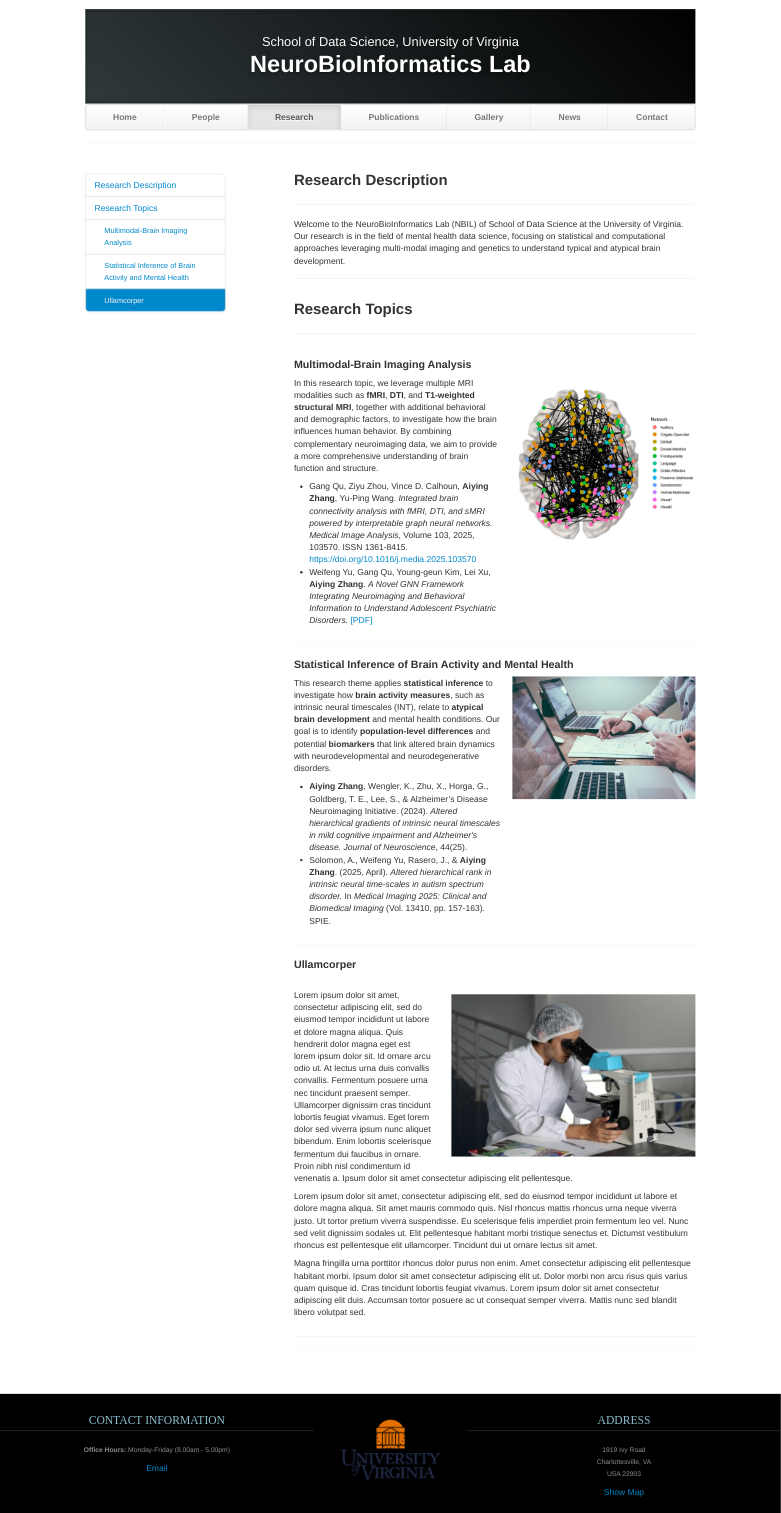
Repository: nbillab/nbillab.io
Page: research.html
An editor plug-in stored every save of this project. The page is shown before and after the next save, followed by the edit.
The browser window is 1280 px wide. The pictures show the whole page, at 61% of full size.

Above is the page before, as saved 2025-08-17 20:33:48.

After the next save:
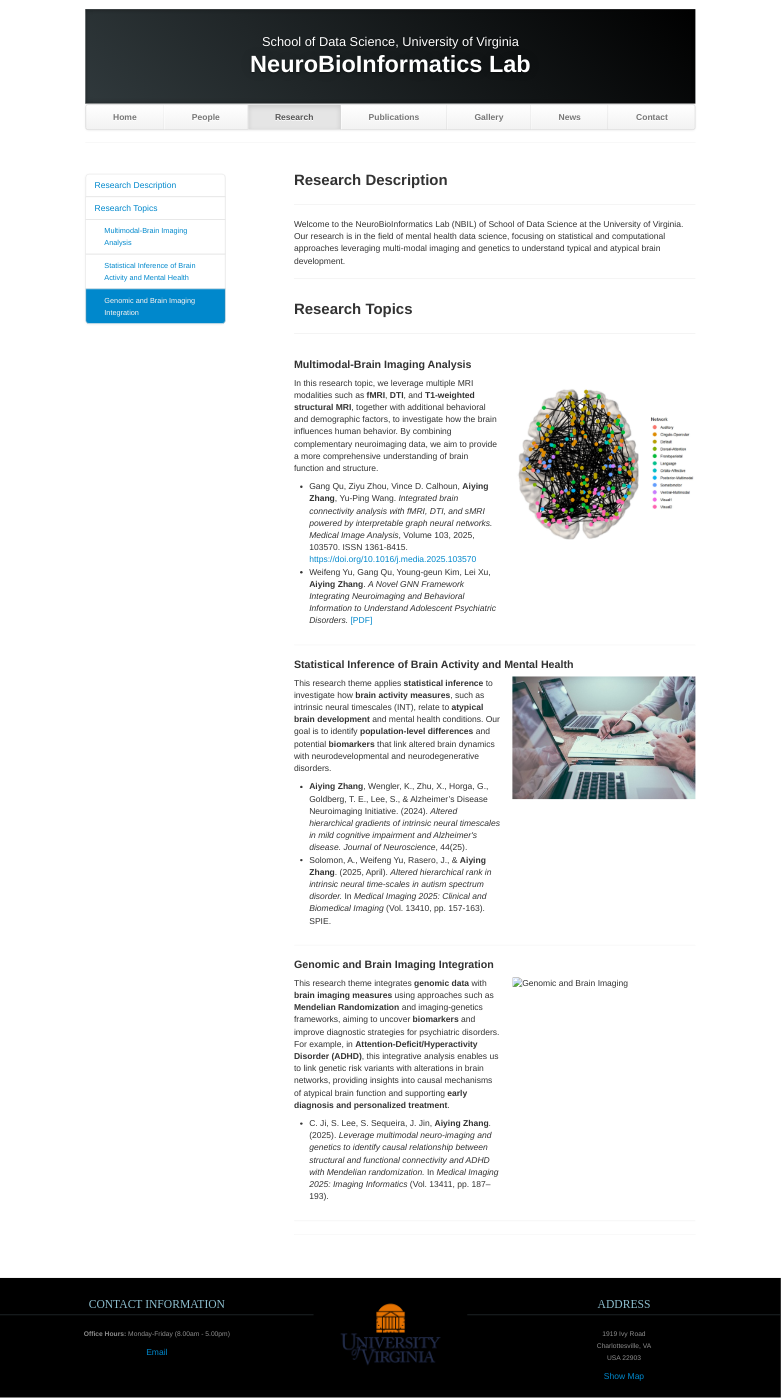
Not found: images/genomic_brain.png
Saved 4 min 45 s later.
--- a/research.html
+++ b/research.html
@@ -42,7 +42,7 @@
                   <li><a href="#nano"> Research Topics </a></li>
                   <li><a class="subhead" href="#Penatibus"> Multimodal-Brain Imaging Analysis </a></li>
                   <li><a class="subhead" href="#QuamIdLeo"> Statistical Inference of Brain Activity and Mental Health  </a></li>
-                  <li><a class="subhead" href="#Ullamcorper"> Ullamcorper </a></li>
+                  <li><a class="subhead" href="#GenomicIntegration"> Genomic and Brain Imaging Integration </a></li>
 
                </ul>
             </div>
@@ -129,43 +129,34 @@
 
 
                         <hr>
-                        <section id="Ullamcorper">
-                           <h4>Ullamcorper</h4>
-                           <br/>
-                           <img src="images/man-with-microscope.jpg" class="float-right" alt="Ullamcorper"/>
-                           <p>
-                              Lorem ipsum dolor sit amet, consectetur adipiscing elit, sed do
-                              eiusmod tempor incididunt ut labore et dolore magna aliqua. Quis
-                              hendrerit dolor magna eget est lorem ipsum dolor sit. Id ornare
-                              arcu odio ut. At lectus urna duis convallis convallis. Fermentum
-                              posuere urna nec tincidunt praesent semper. Ullamcorper dignissim
-                              cras tincidunt lobortis feugiat vivamus. Eget lorem dolor sed
-                              viverra ipsum nunc aliquet bibendum. Enim lobortis scelerisque
-                              fermentum dui faucibus in ornare. Proin nibh nisl condimentum id
-                              venenatis a. Ipsum dolor sit amet consectetur adipiscing elit
-                              pellentesque.
-                           </p>
-                           <p>
-                              Lorem ipsum dolor sit amet, consectetur adipiscing elit, sed
-                              do eiusmod tempor incididunt ut labore et dolore magna aliqua.
-                              Sit amet mauris commodo quis. Nisl rhoncus mattis rhoncus urna
-                              neque viverra justo. Ut tortor pretium viverra suspendisse. Eu
-                              scelerisque felis imperdiet proin fermentum leo vel. Nunc sed
-                              velit dignissim sodales ut. Elit pellentesque habitant morbi
-                              tristique senectus et. Dictumst vestibulum rhoncus est
-                              pellentesque elit ullamcorper. Tincidunt dui ut ornare lectus
-                              sit amet.
-                           </p>
-                           <p>
-                              Magna fringilla urna porttitor rhoncus dolor purus non enim.
-                              Amet consectetur adipiscing elit pellentesque habitant morbi.
-                              Ipsum dolor sit amet consectetur adipiscing elit ut. Dolor morbi
-                              non arcu risus quis varius quam quisque id. Cras tincidunt lobortis
-                              feugiat vivamus. Lorem ipsum dolor sit amet consectetur adipiscing
-                              elit duis. Accumsan tortor posuere ac ut consequat semper viverra.
-                              Mattis nunc sed blandit libero volutpat sed.
-                           </p>
-                        </section>
+                     <section id="GenomicIntegration">
+                        <h4>Genomic and Brain Imaging Integration</h4>
+                        <div style="display: flex; align-items: flex-start; gap: 20px;">
+                           <div style="flex: 1;">
+                              <p>
+                                 This research theme integrates <strong>genomic data</strong> with
+                                 <strong>brain imaging measures</strong> using approaches such as
+                                 <strong>Mendelian Randomization</strong> and imaging-genetics frameworks, aiming
+                                 to uncover <strong>biomarkers</strong> and improve diagnostic strategies for
+                                 psychiatric disorders. For example, in <strong>Attention-Deficit/Hyperactivity
+                                 Disorder (ADHD)</strong>, this integrative analysis enables us to link genetic
+                                 risk variants with alterations in brain networks, providing insights into causal
+                                 mechanisms of atypical brain function and supporting <strong>early diagnosis
+                                 and personalized treatment</strong>.
+                              </p>
+                              <ul>
+                                 <li>
+                                    C. Ji, S. Lee, S. Sequeira, J. Jin, <strong>Aiying Zhang</strong>. (2025).
+                                    <em>Leverage multimodal neuro-imaging and genetics to identify causal relationship between structural and functional connectivity and ADHD with Mendelian randomization.</em>
+                                    In <i>Medical Imaging 2025: Imaging Informatics</i> (Vol. 13411, pp. 187–193).
+                                 </li>
+                              </ul>
+                           </div>
+                           <div style="flex: 0 0 300px;">
+                              <img src="images/genomic_brain.png" alt="Genomic and Brain Imaging" style="max-width:100%; height:auto;">
+                           </div>
+                        </div>
+                     </section>
                      </div>
                   </div>
                </section>
